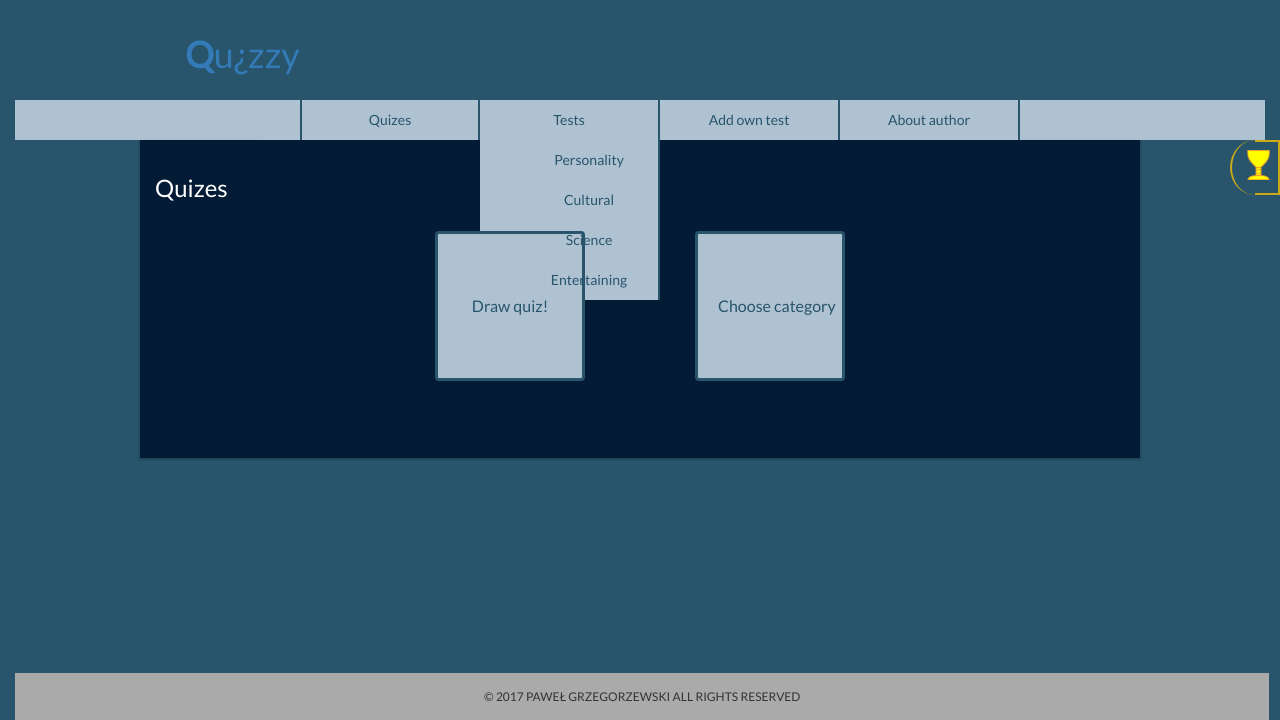
Repository: pgrzegorzewski/quiz
Page: http://localhost/app/quiz.php
These files come from the project's save history. The page is drawn as it stood at one moment and after the next save; the edit follows.
The browser window is 1280 px wide. The pictures show the whole page.
Some web libraries are served in a nearby version. The page is run by PHP 8.4 with error messages shown; the project is at /var/www/html/.

Above is the page before, as saved 2017-04-22 12:38:53.

After the next save:
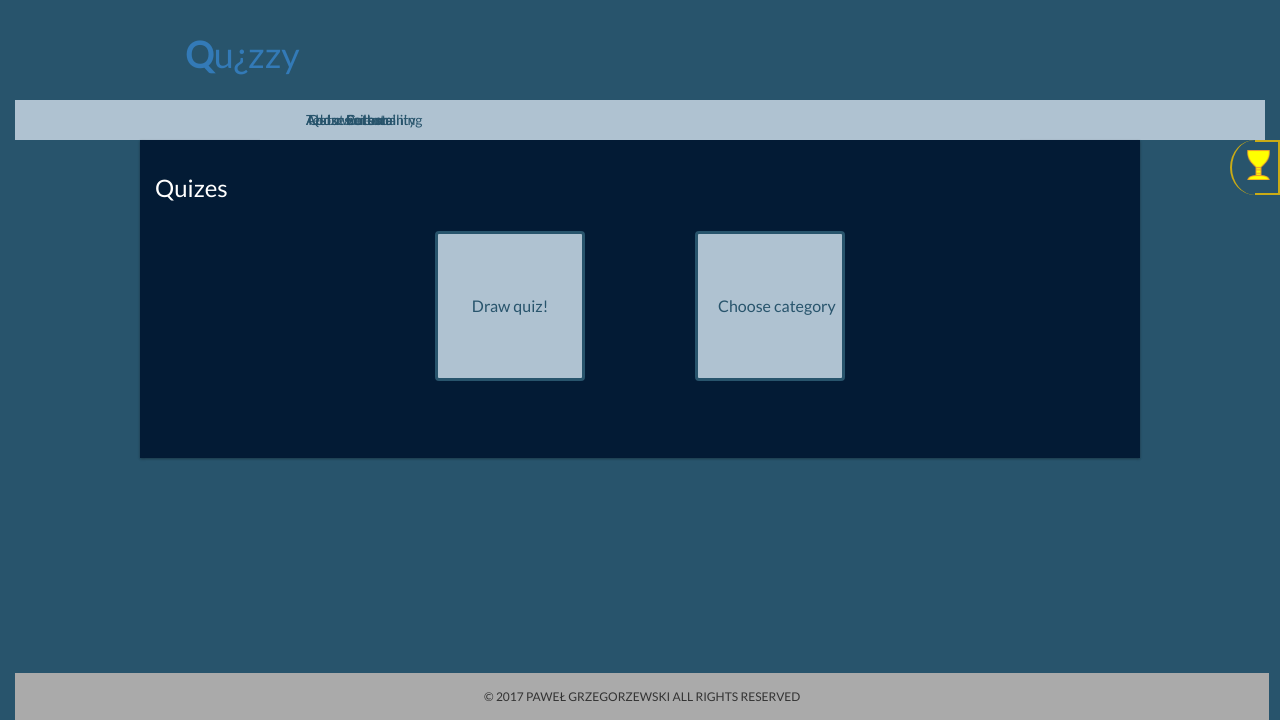
Saved 24 s later.
--- a/htdocs/app/learningapp/css/index.css
+++ b/htdocs/app/learningapp/css/index.css
@@ -137,6 +137,7 @@
 	vertical-align: middle;
 	text-align: center;
 	z-index:200;
+	position: absolute;
 }
 
 ol > li

After the save that followed:
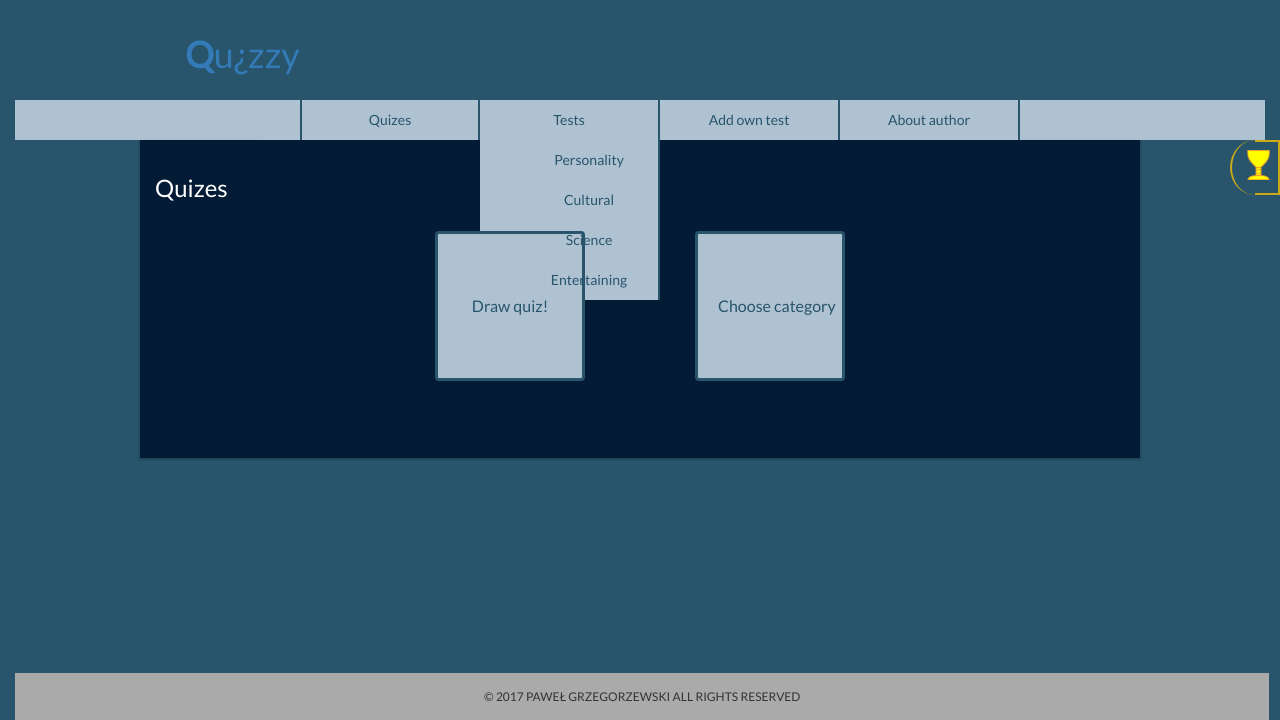
Saved 10 s later.
--- a/htdocs/app/learningapp/css/index.css
+++ b/htdocs/app/learningapp/css/index.css
@@ -137,7 +137,6 @@
 	vertical-align: middle;
 	text-align: center;
 	z-index:200;
-	position: absolute;
 }
 
 ol > li
